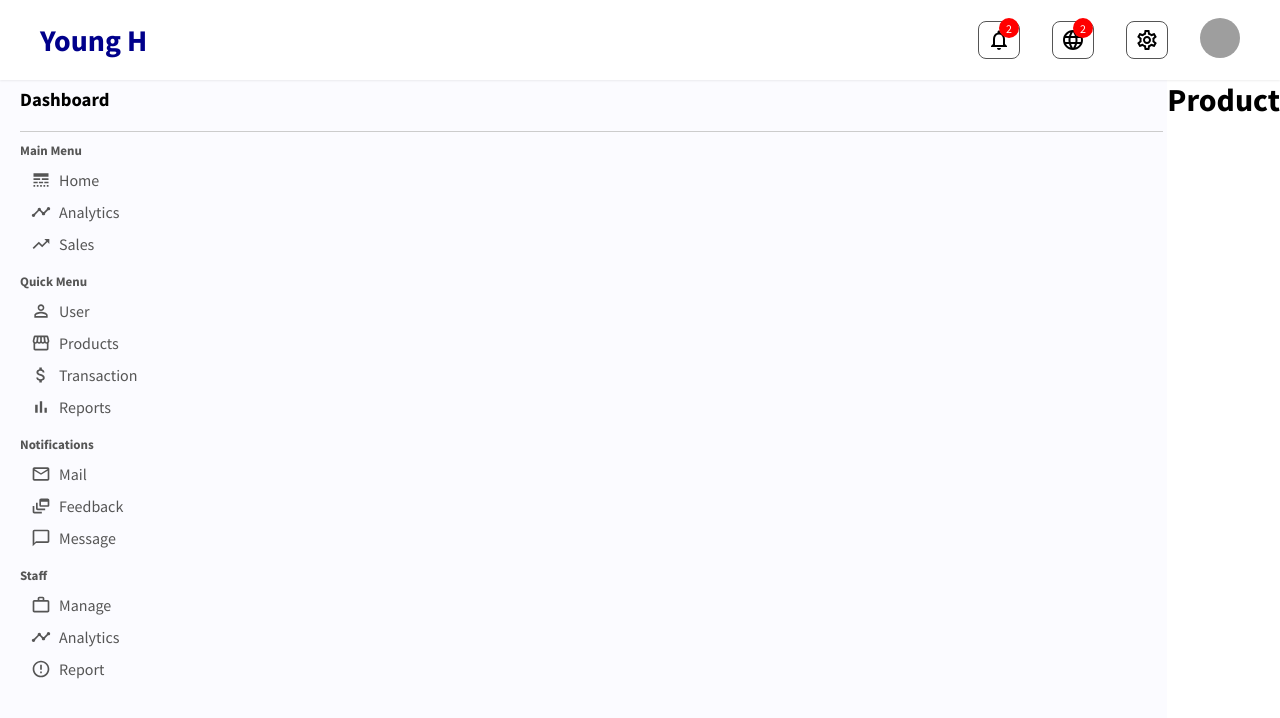
Repository: noname20011/admin
Page: /product/1
An editor plug-in stored every save of this project. The page is shown before and after the next save, followed by the edit.
The browser window is 1280 px wide. The pictures show the whole page.
Pictures or frames that could not be fetched are drawn as grey boxes. The project was rebuilt for these pictures with package versions that can differ from the ones it lists, and the page was loaded fresh each time. Also part of the build but not shown: src/pages/home/home.css, src/comopnents/featureInfo/feature.css, src/comopnents/featureInfo/Feature.jsx, src/comopnents/chart/chart.css, src/comopnents/chart/Chart.jsx, src/comopnents/widgetSm/widgetSm.css, src/comopnents/widgetSm/WidgetSm.jsx, src/comopnents/widgetLg/widgetLg.css and 14 more.

Above is the page before, as saved 2021-11-14 16:19:29.

### public/index.html
<!DOCTYPE html>
<html lang="en">
  <head>
    <meta charset="utf-8" />
    <meta name="viewport" content="width=device-width, initial-scale=1" />
    <meta name="theme-color" content="#000000" />
    <meta
      name="description"
      content="Web site created using create-react-app"
    />
    <!-- GOOGLE FONTS -->
    <link href="https://fonts.googleapis.com/css2?family=Source+Sans+Pro:wght@200;300;400;600;700;900&display=swap" rel="stylesheet">
    <style>
      * {
        font-family: 'Source Sans Pro', sans-serif;
        padding: 0;
        margin: 0;
      }
    </style>
    <title>React Admin App</title>
  </head>
  <body>
    <div id="root"></div>
  </body>
</html>

### src/App.js
import Topbar from "./comopnents/topbar/Topbar";
import Sidebar from "./comopnents/sidebar/Sidebar";
import Home from "./pages/home/Home.jsx"
import UserList from "./pages/userList/UserList";
import User from "./pages/user/User";
import NewUser from "./pages/newUser/NewUser";
import ProductList from "./pages/productList/ProductList";
import Product from "./pages/product/Product";
import NewProduct from "./pages/newProduct/NewProduct";
import './app.css'

import {BrowserRouter as Router, Routes , Route} from "react-router-dom"
function App() {
  return (
    <div>
      <Router>
        <Topbar/>
        <div className="container">
          <Sidebar/>
          <Routes >
            <Route path="/" exact element={<Home/>}/>
            <Route path="/users" exact element={<UserList/>}/>
            <Route path="/user/:userId" exact element={<User/>}/>
            <Route path="/register" exact element={<NewUser/>}/>
            <Route path="/products" exact element={<ProductList/>}/>
            <Route path="/product/:id" exact element={<Product/>}/>
            <Route path="/addproduct/" exact element={<NewProduct/>}/>
          </Routes>
        </div>
      </Router>
    </div>
  );
}

export default App;

### src/comopnents/topbar/Topbar.jsx
import React from 'react'
import './topbar.css'

import { Language, NotificationsNone, SettingsOutlined  } from '@material-ui/icons'

export default function Topbar() {
    return (
        <div className="topbar">
            <div className="topbarWrapper">
                <div className="topLeft">
                    <div className="logo">Young H</div>
                </div>
                <div className="topRight">
                    <div className="topbarIconContainer">
                        <NotificationsNone/>
                        <div className="topIconsBadge">2</div>
                    </div>
                    <div className="topbarIconContainer">
                        <Language/>
                        <div className="topIconsBadge">2</div>
                    </div>
                    <div className="topbarIconContainer">
                        <SettingsOutlined/>
                    </div>
                    <div>
                        <img src="https://images.pexels.com/photos/1526814/pexels-photo-1526814.jpeg?auto=compress&cs=tinysrgb&dpr=2&w=500" alt="admin" className="topAvatar"/>
                    </div>
                </div>
            </div>
        </div>
    )
}

### src/comopnents/sidebar/Sidebar.jsx
import { AttachMoney, BarChart, ChatBubbleOutline, DynamicFeed, ErrorOutline, LineStyle, MailOutlined, PersonOutline, Storefront, Timeline, TrendingUp,  WorkOutlineOutlined } from '@material-ui/icons'
import React from 'react'
import { Link } from 'react-router-dom'
import "./sidebar.css"
export default function Sidebar() {
    return (
        <div className="sidebar">
            <div className="sidebarWrapper">
                <h3 className="sidebarTitle">Dashboard</h3>
                <div className="sidebarMenu">
                    <h4 className="sidebarMenuTitle">Main Menu</h4>
                    <ul className="sidebarLists">
                        <Link to="/">
                            <li className="sidebarListItem">
                                <LineStyle className="sidebarIcon"/>
                                Home
                            </li>
                        </Link>
                        <li className="sidebarListItem">
                            <Timeline className="sidebarIcon"/>
                            Analytics
                        </li>
                        <li className="sidebarListItem">
                            <TrendingUp className="sidebarIcon"/>
                            Sales
                        </li>
                    </ul>
                </div>
                <div className="sidebarMenu">
                    <h4 className="sidebarMenuTitle">Quick Menu</h4>
                    <ul className="sidebarLists">
                        <Link to="/users">
                            <li className="sidebarListItem">
                                <PersonOutline className="sidebarIcon"/>
                                User
                            </li>
                        </Link>
                        <Link to="/products">
                            <li className="sidebarListItem">
                                <Storefront className="sidebarIcon"/>
                                Products
                            </li>
                        </Link>
                        <li className="sidebarListItem">
                            <AttachMoney className="sidebarIcon"/>
                            Transaction
                        </li>
                        <li className="sidebarListItem">
                            <BarChart className="sidebarIcon"/>
                            Reports
                        </li>
                    </ul>
                </div>
                <div className="sidebarMenu">
                    <h4 className="sidebarMenuTitle">Notifications</h4>
                    <ul className="sidebarLists">
                        <li className="sidebarListItem">
                            <MailOutlined className="sidebarIcon"/>
                            Mail
                        </li>
                        <li className="sidebarListItem">
                            <DynamicFeed className="sidebarIcon"/>
                            Feedback
                        </li>
                        <li className="sidebarListItem">
                            <ChatBubbleOutline className="sidebarIcon"/>
                            Message
                        </li>
                    </ul>
                </div>
                <div className="sidebarMenu">
                    <h4 className="sidebarMenuTitle">Staff</h4>
                    <ul className="sidebarLists">
                        <li className="sidebarListItem">
                            <WorkOutlineOutlined className="sidebarIcon"/>
                            Manage
                        </li>
                        <li className="sidebarListItem">
                            <Timeline className="sidebarIcon"/>
                            Analytics
                        </li>
                        <li className="sidebarListItem">
                            <ErrorOutline className="sidebarIcon"/>
                            Report
                        </li>
                    </ul>
                </div>
            </div>
        </div>
    )
}

### src/pages/product/Product.jsx
import { Link } from "react-router-dom"
import "./product.css"

export default function Product() {
    return (
        <div className="product">
            <div className="productTitleContainer">
                <h1 className="productTitle">Product</h1>
                <Link to="/addproduct">
                </Link>
            </div>
        </div>
    )
}

### src/app.css
ul, li {
    list-style: none;
}

a {
    text-decoration: none;
}

.container {
    display: flex;
}

.other {
    flex: 4;
}

button, input {
    border: none;
    outline: none;
}

### src/comopnents/topbar/topbar.css
.topbar {
    width: 100%;
    height: 80px;
    background: #fff;
    box-shadow: 0 .5px 2px rgba(0, 0, 0, 0.07);

    position: sticky;
    top: 0;
    z-index: 1000;
}

.topbarWrapper {
    height: 100%;
    padding: 0 40px;
    display: flex;
    justify-content: space-between;
    align-items: center;
}

.logo {
    font-weight: bold;
    font-size: 30px;
    color: darkblue;
    cursor: pointer;
}

.topRight {
    display: flex;
    align-items: center;
    column-gap: 2rem;
}
.topbarIconContainer {
    position: relative;
    cursor: pointer;
    width: 40px;
    height: 36px;
    border: 1px solid #555;
    border-radius: .5rem;
    display: flex;
    align-items: center;
    justify-content: center;
}

.topbarIconContainer:hover {
    background-color: rgb(248, 246, 246);
}

.topIconsBadge {
    font-size: 12px;
    position: absolute;
    top: -4px;
    right: 0px;

    width: 20px;
    height: 20px;
    background-color: red;
    color: #fff;
    border-radius: 50%;

    display: flex;
    place-content: center;
    place-items: center;
}

.topAvatar {
    width: 40px;
    height: 40px;
    object-fit: cover;
    border-radius: 50%;
    cursor: pointer;
}

### src/comopnents/sidebar/sidebar.css
.sidebar {
    flex: 1;
    background-color: rgb(251, 251, 255);
    position: sticky;
    top: 80px;
    height: calc(100vh - 80px);
}

.sidebarWrapper {
    padding: 8px 4px 0 20px;
}

.sidebarTitle {
    padding-bottom: 20px;
    margin-bottom: 10px;
    border-bottom: 1px solid #ccc;
}

.sidebarMenu {
    margin-bottom: 8px;
}

.sidebarMenuTitle {
    color: #555;
    font-size: 13px;
}

.sidebarLists {
    padding: 5px;
}

.sidebarListItem {
    display: flex;
    align-items: center;
    column-gap: .5rem;

    padding: 6px;
    color: #555;
    cursor: pointer;
    border-radius: .5rem;
}

.sidebarListItem.active,
.sidebarListItem:hover {
    background-color: rgb(225, 225, 255);
}

.sidebarIcon {
    font-size: 20px!important;
}

Loaded but not shown: src/index.js (common file)

After the next save:
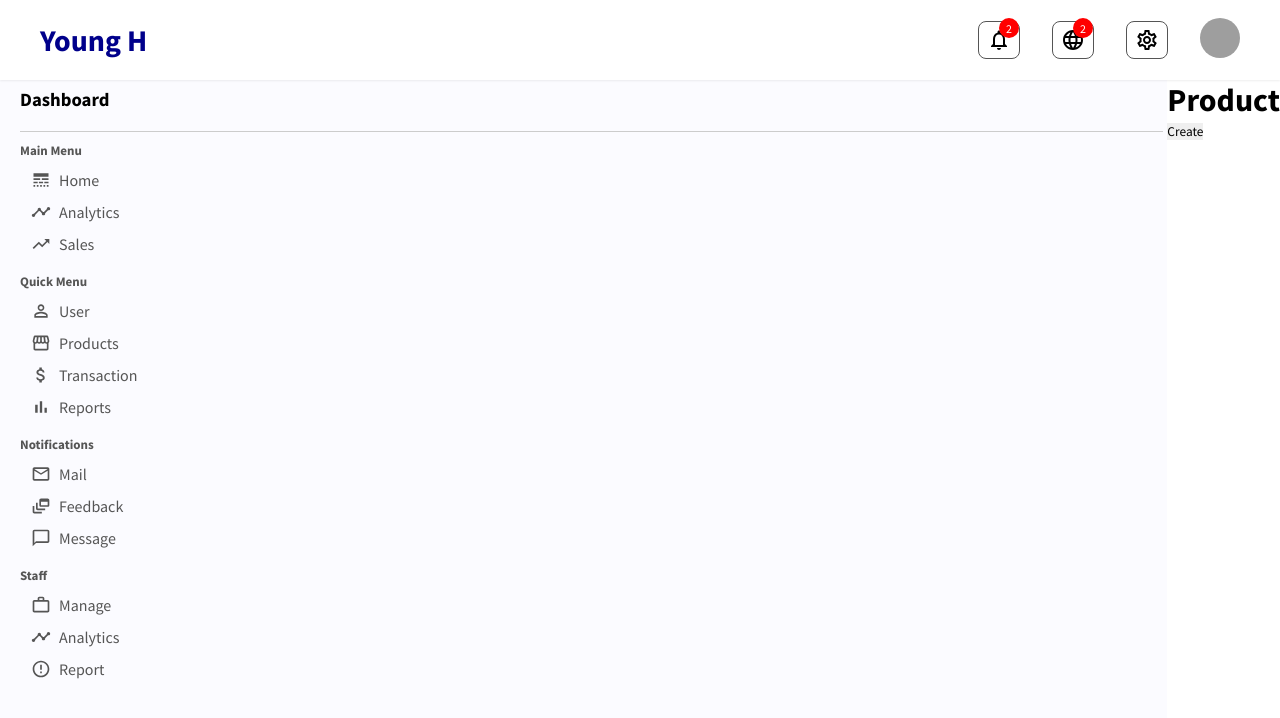
Saved 18 s later.
--- a/src/pages/product/Product.jsx
+++ b/src/pages/product/Product.jsx
@@ -7,6 +7,9 @@ export default function Product() {
             <div className="productTitleContainer">
                 <h1 className="productTitle">Product</h1>
                 <Link to="/addproduct">
+                    <button className="productAddBtn">
+                        Create
+                    </button>
                 </Link>
             </div>
         </div>
